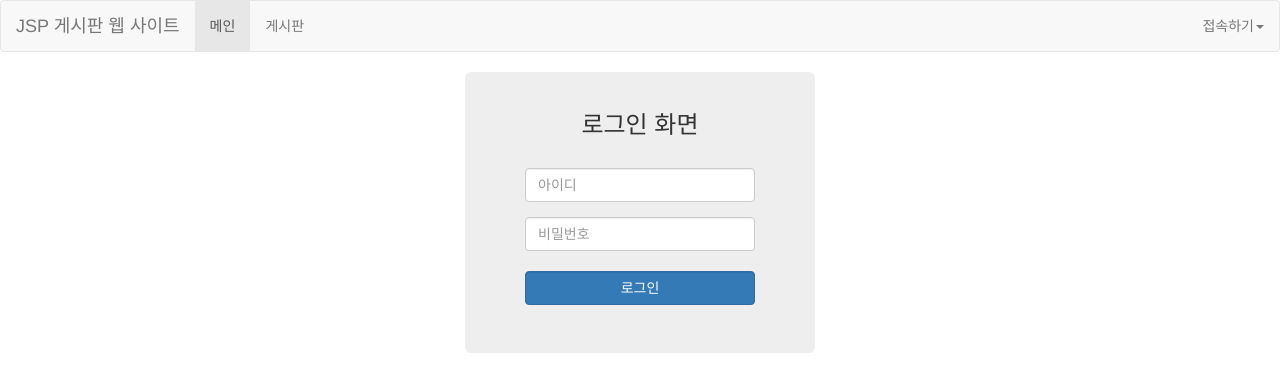
Repository: chyun94/JSP-
Page: http://localhost/BBS/main.jsp
An editor plug-in stored every save of this project. The page is shown before and after the next save, followed by the edit.
The browser window is 1280 px wide. The pictures show the whole page.
Some web libraries are served in a nearby version. The page is served by Tomcat 9.

Above is the page before, as saved 2021-05-08 14:16:18.

After the next save:
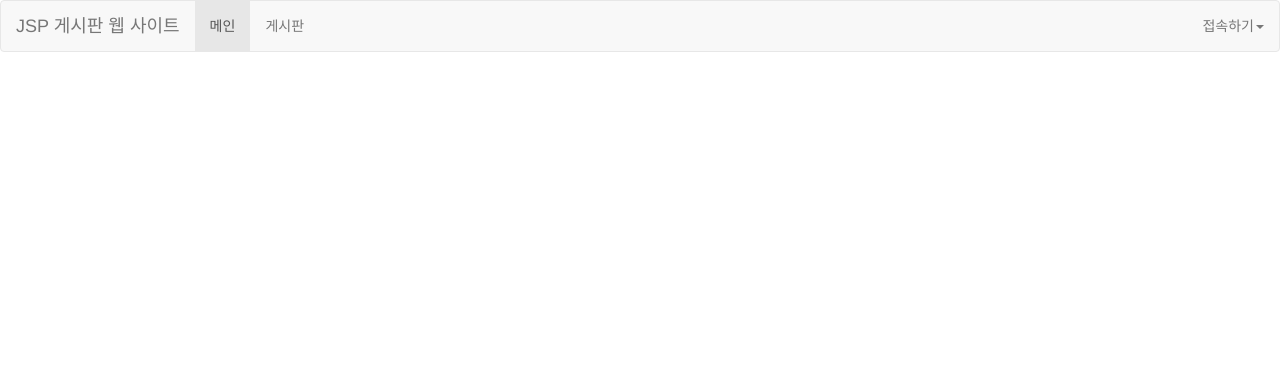
Saved 35 s later.
--- a/BBS/WebContent/main.jsp
+++ b/BBS/WebContent/main.jsp
@@ -71,31 +71,6 @@
 			%>
 	</div>
 </nav>
-	<!-- 컨테이너로 하나로 감싸주기 -->
-	<div class="container">
-		<div class="col-lg-4"></div>
-		<div class="col-lg-4">
-			<div class="jumbotron" style="padding-top: 20px;">
-				<form method="post"  action="loginAction.jsp">
-					<h3 style="text-align: center; padding-bottom: 20px;">로그인 화면</h3>
-
-					<div class="form-group">
-						<input type="text" class="form-control" placeholder="아이디" name="userID" maxlength="20">
-					</div>
-
-					<div>
-						<input type="text" class="form-control" placeholder="비밀번호" name="userPassword" maxlength="20">
-					</div>
-
-					<div style="padding-top: 20px;">
-					<input type="submit" class="btn btn-primary form-control" value="로그인">
-					</div>
-
-				</form>
-			</div>
-		</div>
-	</div>
-	<div class="col-lg-4"></div>
 
 	<script src="https://code.jquery.com/jquery-3.1.1.min.js"></script>
 	<script src="js/bootstrap.js"></script>
